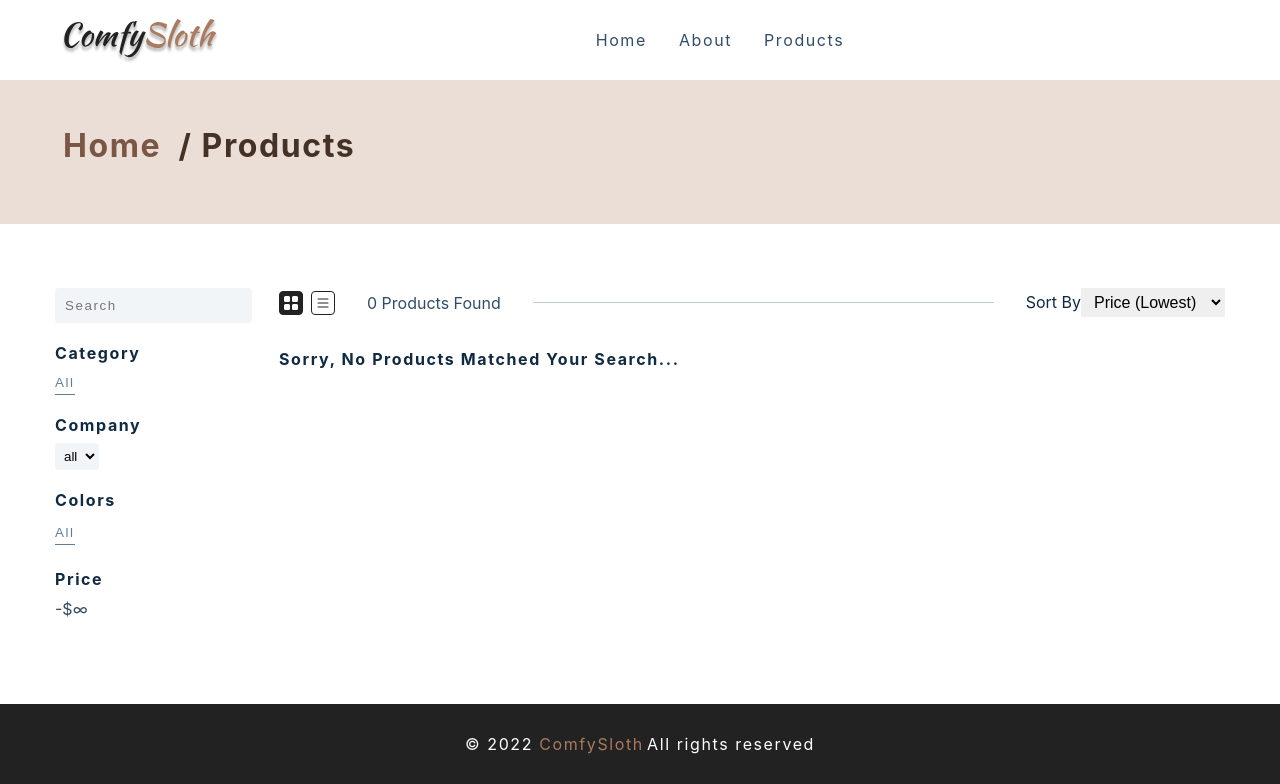
Repository: MateuszWorek/react-comfy-store
Page: /products
These files come from the project's save history. The page is drawn as it stood at one moment and after the next save; the edit follows.
The browser window is 1280 px wide. The pictures show the whole page.
The page's requests for data from a server got no answer. The project was rebuilt for these pictures with package versions that can differ from the ones it lists, and the page was loaded fresh each time. A package was used in the major version that the imports need, not the one package.json lists. No one was signed in, and anything a server would have sent is missing. Also part of the build but not shown: src/components/Error.js, src/components/Loading.js, src/components/Product.js, src/components/FeaturedProducts.js, src/reducers/cart_reducer.js, src/context/cart_context.js, src/context/user_context.js, src/components/Hero.js and 19 more. Imported but missing from the stored project, and not drawn on this page: src/components/AmountButtons.

Above is the page before, as saved 2022-07-18 09:58:53.

After the next save:
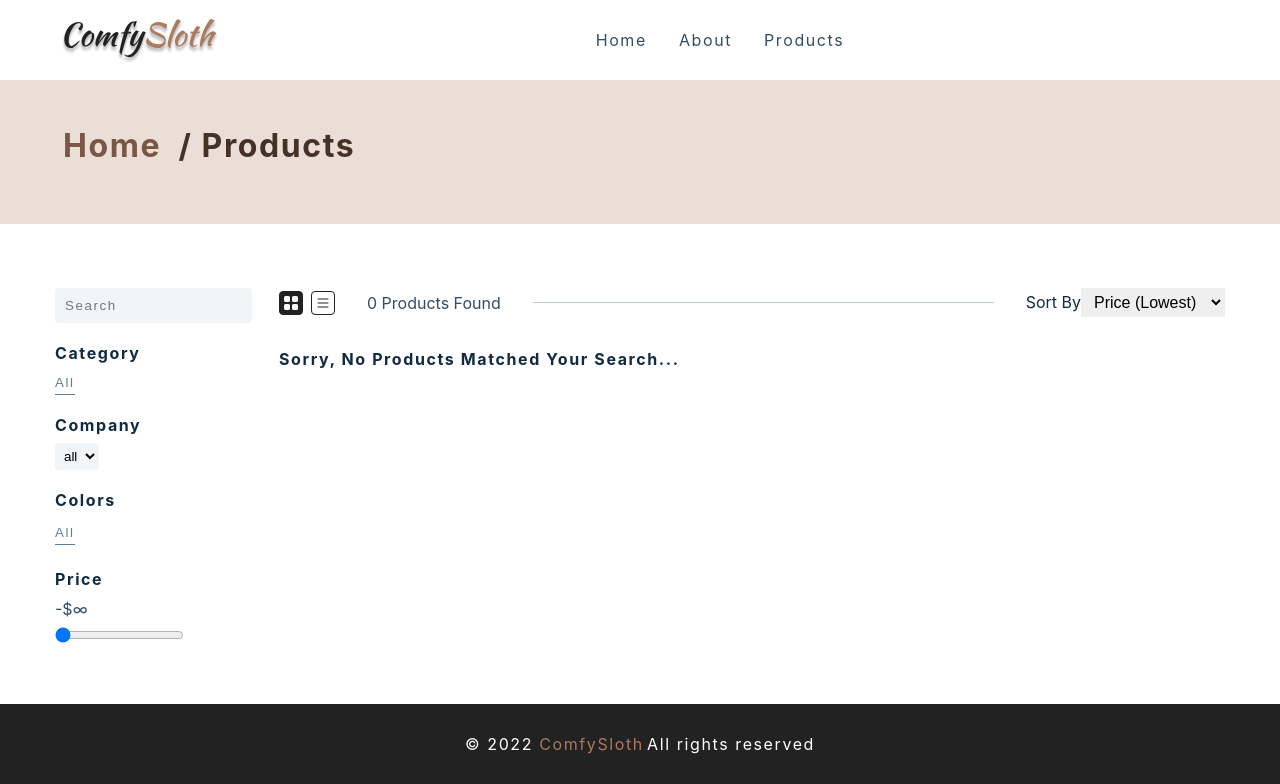
Saved 2 min 1 s later.
--- a/src/components/Filters.js
+++ b/src/components/Filters.js
@@ -127,6 +127,13 @@ const Filters = () => {
           <div className='form-control'>
             <h5>price</h5>
             <p className='price'>{formatPrice(price)}</p>
+            <input
+              type='range'
+              name='price'
+              onChange={updateFilters}
+              min={min_price}
+              max={max_price}
+            />
           </div>
           {/* end of price */}
         </form>
